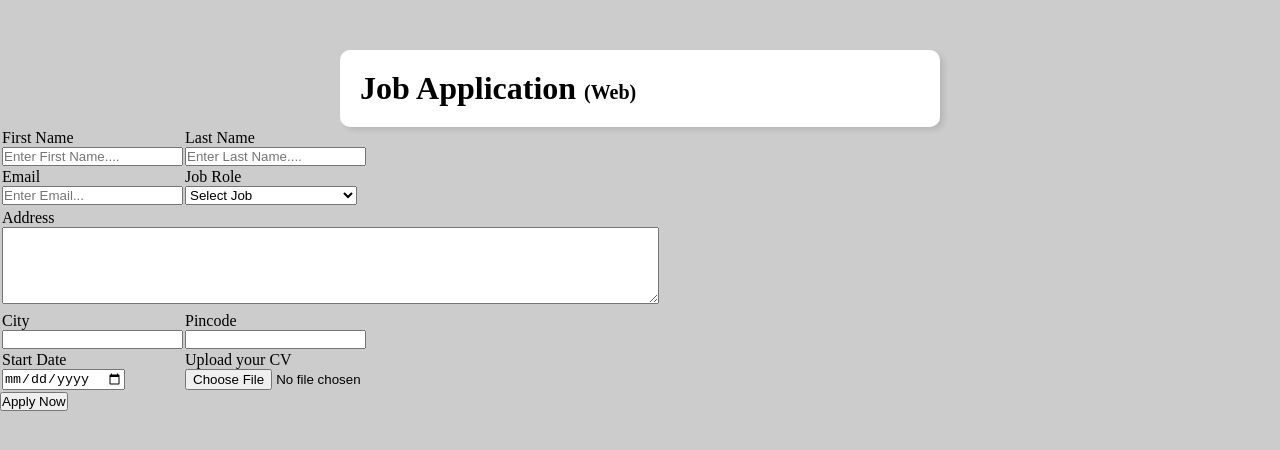
Repository: diensy/JOB-APPLICATION
Page: index.html
These files come from the project's save history. The page is drawn as it stood at one moment and after the next save; the edit follows.
The browser window is 1280 px wide. The pictures show the whole page.

Above is the page before, as saved 2024-02-27 19:56:34.

### index.html
<!DOCTYPE html>
<html lang="en">
  <head>
    <meta charset="UTF-8" />
    <meta name="viewport" content="width=device-width, initial-scale=1.0" />
    <title>Job Application Form</title>
    <link rel="stylesheet" href="Job_Application.css" />
  </head>
  <body>
    <div class="container">
      <div class="apply">
        <h1>Job Application <span class="web">(Web)</span></h1>
      </div>
    </div>
    <form action="">
      <table>
        <tr>
          <td>
            <label for="first">First Name</label>
            <br />
            <input type="text" id="first" placeholder="Enter First Name...." />
          </td>
          <td>
            <label for="last">Last Name</label>
            <br />
            <input type="text" id="last" placeholder="Enter Last Name...." />
          </td>
        </tr>
        <tr>
          <td>
            <label for="Email">Email</label>
            <br />
            <input type="email" id="Email" placeholder="Enter Email..." />
          </td>
          <td>
            <label for="Job">Job Role</label>
            <br />
            <select name="JobRole" id="Job">
              <option value="Select Job">Select Job</option>
              <option value="JAVA">JAVA DEVELOPER</option>
              <option value="WEB">WEB DEVELOPER</option>
              <option value="BACKEND">BACKEND DEVELOPER</option>
              <option value="MERN DEVELOPER">MERN DEVELOPER</option>
            </select>
          </td>
        </tr>
      </table>
      <table>
        <tr>
          <td>
            <label for="address">Address</label>
            <br />
            <textarea name="Address" id="address" cols="80" rows="5"></textarea>
          </td>
        </tr>
      </table>
      <table>
        <tr>
          <td>
            <label for="city">City</label>
            <br />
            <input type="text" id="city" />
          </td>
          <td>
            <label for="pin">Pincode</label>
            <br />
            <input type="text" id="pin" />
          </td>
        </tr>
        <tr>
          <td>
            <label for="date">Start Date</label>
            <br />
            <input type="date" id="date" />
          </td>
          <td>
            <label for="file">Upload your CV</label>
            <br />
            <input type="file" id="file" />
          </td>
        </tr>
      </table>
    </form>
    <button>Apply Now</button>
  </body>
</html>

### Job_Application.css
* {
  margin: 0;
  padding: 0;
  box-sizing: border-box;
}
body {
  background-color: #ccc;
}
.apply {
  max-width: 600px;
  padding: 20px;
  background-color: white;
  margin: 0 auto;
  margin-top: 50px;
  box-shadow: 4px 3px 5px rgb(1, 1, 1, 0.1);
  border-radius: 10px;
}
.web {
  font-size: 20px;
}

After the next save:
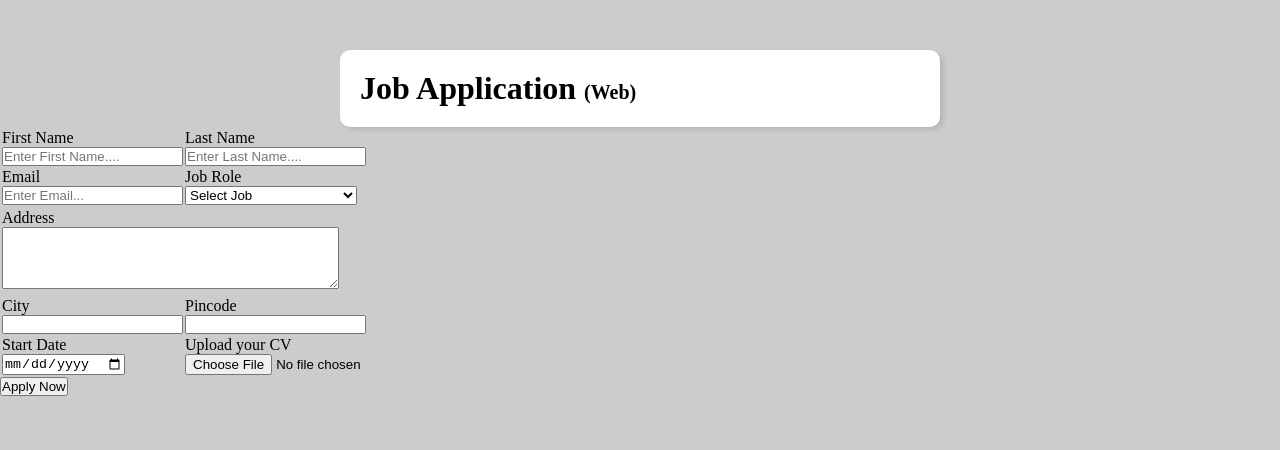
Saved 22 min 43 s later.
--- a/index.html
+++ b/index.html
@@ -50,7 +50,7 @@
           <td>
             <label for="address">Address</label>
             <br />
-            <textarea name="Address" id="address" cols="80" rows="5"></textarea>
+            <textarea name="Address" id="address" cols="40" rows="4"></textarea>
           </td>
         </tr>
       </table>
